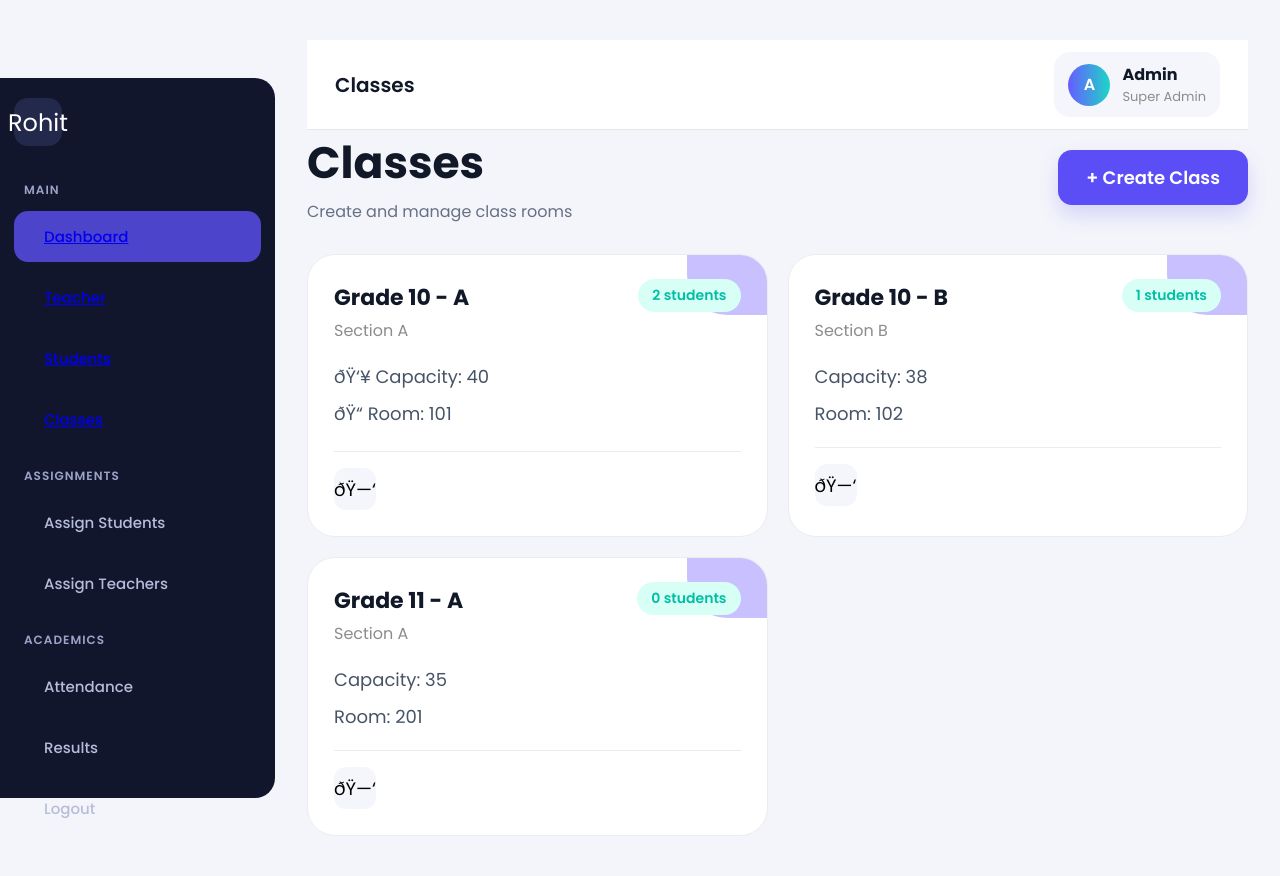
Repository: rohit-rk-07/school_management_system
Page: http://localhost/School_Management_System/classes.jsp
These files come from the project's save history. The page is drawn as it stood at one moment and after the next save; the edit follows.
The browser window is 1280 px wide. The pictures show the whole page.
The page is served by Tomcat 10.

Above is the page before, as saved 2026-05-19 11:55:10.
Console error: TypeError: Cannot read properties of null (reading 'addEventListener')

After the next save:
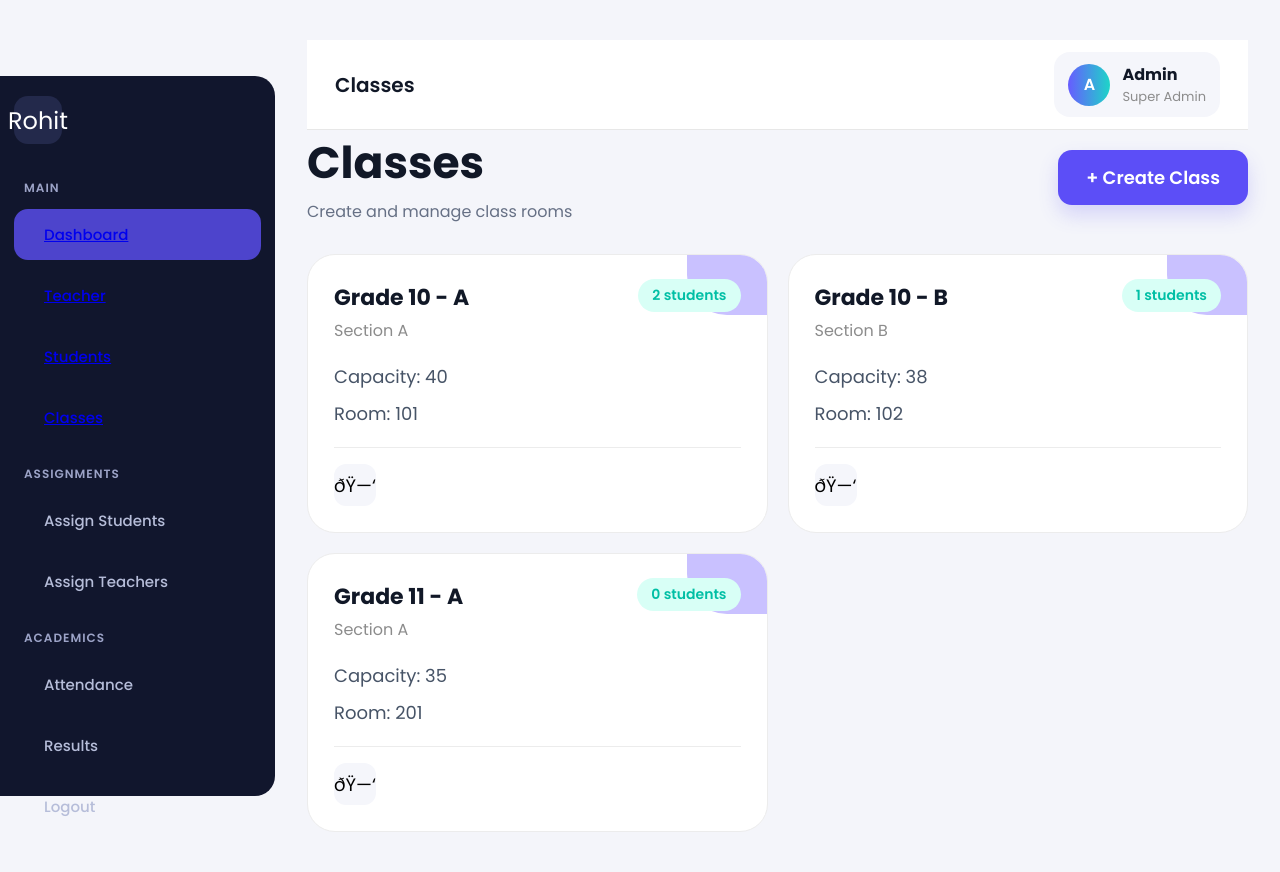
Saved 15 s later.
--- a/School_Management_System/src/main/webapp/classes.jsp
+++ b/School_Management_System/src/main/webapp/classes.jsp
@@ -456,11 +456,11 @@
                 </p>
 
                 <p class="classCardInfo">
-                    👥 Capacity: 40
+                    Capacity: 40
                 </p>
 
                 <p class="classCardInfo">
-                    📍 Room: 101
+                    Room: 101
                 </p>
 
                 <div class="classCardDivider"></div>
